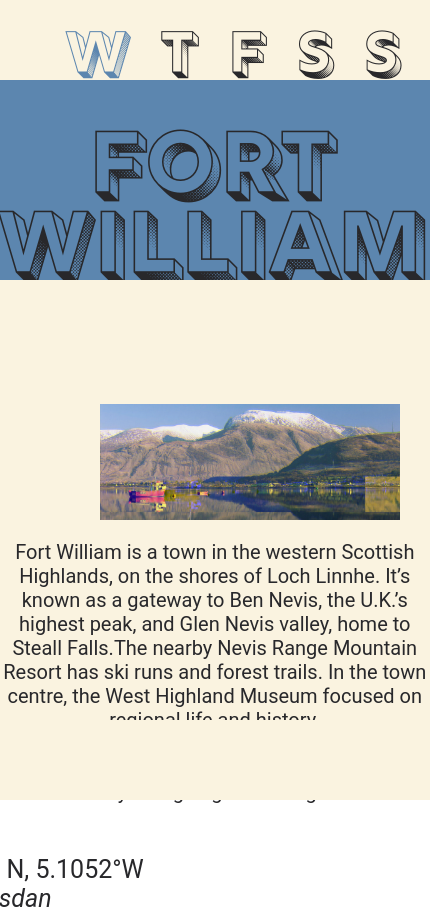
Repository: etak-yram/FINAL-CFG-WEB-DEV
Page: wednesday.html
These files come from the project's save history. The page is drawn as it stood at one moment and after the next save; the edit follows.
The browser window is 375 px wide. The page is 430 px wide, so the pictures cover 430 px, including what lies to the right of the window. The pictures show the whole page.

Above is the page before, as saved 2022-07-27 12:43:20.

### wednesday.html
<!DOCTYPE html>
<html lang="en">

<style>
    #menu-item-wed {
    color: #5c86af;
}

    #aside-color-w {
    background-color: #5c86af;
}

    #aside-text-wed {
        font-size: 6em;
    }

    #aside-text-wed {
        font-size: 6em;
    }
</style>

<head>
    <meta charset="UTF-8">
    <meta http-equiv="X-UA-Compatible" content="IE=edge">
    <meta name="viewport" content="width=device-width, initial-scale=1.0">
    <link rel="stylesheet" type="text/css" href="style-main.css"/>

    <title>WED</title>
</head>
<body>
        <aside id="aside-color-w">
            <div class="aside-text-h" id="aside-text-wed">
                <h1>Fort<br>William</h1>
            </div>
        </aside>

        <subtext>
            <p class="sub-text">56.8198° N, 5.1052°W<br><em>An Gearasdan</em></p>
        </subtext>

        <header>
            <ul class="navbar">
                <li><a href="/wednesday.html" id="menu-item-wed" class="menu-item">Wed</a></li>
                <li><a href="/thursday.html" id="menu-item-thu" class="menu-item">Thu</a></li>
                <li><a href="/friday.html" id="menu-item-fri" class="menu-item">Fri</a></li>
                <li><a href="/saturday.html" id="menu-item-sat" class="menu-item">Sat</a></li>
                <li><a href="/sunday.html" id="menu-item-sun" class="menu-item">Sun</a></li>
            </ul>
        </header>



        <mobile-header>
            <ul class="mobile-navbar">
                <li><a href="/wednesday.html" id="menu-item-wed" class="menu-item">W</a></li>
                <li><a href="/thursday.html" id="menu-item-thu" class="menu-item">T</a></li>
                <li><a href="/friday.html" id="menu-item-fri" class="menu-item">F</a></li>
                <li><a href="/saturday.html" id="menu-item-sat" class="menu-item">S</a></li>
                <li><a href="/sunday.html" id="menu-item-sun" class="menu-item">S</a></li>
            </ul>
        </mobile-header>



        <main-img>
            <div>
                <img class="home-image" src="/images/Fort William.png">
            </div>
        </main-img>

        <main><p>Fort William is a town in the western Scottish Highlands, on the shores of Loch Linnhe. It’s known as a gateway to Ben Nevis, the U.K.’s highest peak, and Glen Nevis valley, home to Steall Falls.The nearby Nevis Range Mountain Resort has ski runs and forest trails. In the town centre, the West Highland Museum focused on regional life and history.<br><br>
        We will travel through the stunning Glencoe on the way - It's going to be magical ♡</p></main>

        <footer></footer>

        <rightside></rightside>

</html>

### style-main.css
@font-face {
  font-family: halftone;
  src: url("/fonts/MyFontsWebfontsKit/webFonts/RigBoldHalftone/font.woff");
}
@import url('https://fonts.googleapis.com/css2?family=Roboto:wght@100&display=swap');
/* font-family: 'Roboto', sans-serif; */

body, html {
  height: 100vh;
}


body {
  margin: 0;
  display: grid;
  grid-template-columns: 21% 15% 20% 30% 21% ;
  grid-template-rows: 10% auto auto 10%;
  grid-template-areas:
    "sidebar subtext header header aside"
    "sidebar subtext main-img main-img aside"
    "sidebar subtext main main aside"
    "sidebar footer footer footer aside";
}


/* right sidebar */

rightside {
  grid-area: aside;
  background-color:#faf3e0;
}

/* sidebar */
aside {
  grid-area: sidebar;
}

.aside-text-h {
  transform: rotate(-90deg);
  transform-origin:bottom right;
  padding-top: 100px;
}

.aside-text-h h1 {
  font-family: halftone;
  color: #28282B;
  line-height: 130px;
}

/* subtext */

subtext {
  grid-area: subtext;
  background-color:#faf3e0;
}

.sub-text {
  font-family: 'Roboto', sans-serif;
  color:#28282B;
  font-size: 25px;
  transform: rotate(-90deg);
  transform-origin:bottom;
  padding-top: 550px;
  margin-left: -100px;
}


/* navbar */



header {
  grid-area: header;
  background-color:#faf3e0;
}


.navbar {
  display: flex;
  list-style: none;
  justify-content: center;
  justify-items: center;

}

.navbar a {
  font-family: halftone;
  text-decoration: none;
  color: #28282B;
  font-size: 4rem;
  padding: 20px;
}

#menu-item-wed:hover {
	color: #5c86af;
}
#menu-item-thu:hover {
	color: #ff914d;
}
#menu-item-fri:hover {
	color: #ffde59;
}
#menu-item-sat:hover {
	color: #03989e;
}
#menu-item-sun:hover {
	color: #b071c2;
}

/* main image  */

main-img {
  grid-area: main-img;
  background-color:#faf3e0;
  display: flex;
  align-items: center;
  padding-left: 100px;
  padding-top: 100px;
}

.home-image {
  width: 800px;
}


/* paragraph of info */
main {
  grid-area: main;
  background-color: #faf3e0;
  text-align: center;
}

main p {
  font-family: 'Roboto', sans-serif;
  color:#28282B;
  font-size: 20px;
}


/* footer */
footer {
  grid-area: footer;
  background-color:#faf3e0;
}





























/* Media Queries */

/* Extra small devices (phones, 600px and down) */
@media only screen and (max-width: 600px) {

  body {
    margin: 0;
    display: grid;
    grid-template-columns: 1fr;
    grid-template-rows: 10% 25% 10% 20% 25% 10%;
    grid-template-areas:
      "header"
      "sidebar"
      "subtext"
      "main-img"
      "main"
      "footer";
  }

  header {
    display: none;
    padding: none;
  }

  mobile-header {
    grid-area: header;
    background-color:#faf3e0;
  }


  .mobile-navbar {
    display: flex;
    list-style: none;
    justify-content: center;
    justify-items: center;

  }

  .mobile-navbar a {
    font-family: halftone;
    text-decoration: none;
    color: #28282B;
    font-size: 4rem;
    padding: 15px;

  }


/* sidebar */
aside {
  grid-area: sidebar;
  display: flex;
  justify-content: center;
  align-items: center;
  padding-bottom: 40px;
  text-align: center;
}


.aside-text-h h1 {
  font-family: halftone;
  color: #28282B;
  font-size: 1em;
  line-height: 80px;
}


.aside-text-h {
  transform: none;
  transform-origin: none;
}


/* subtext */

subtext {
  grid-area: subtext;
  background-color:#faf3e0;
}

.sub-text {
  font-family: 'Roboto', sans-serif;
  color:#28282B;
  font-size: 25px;
  transform: none;

}





/* main image  */

main-img {
  grid-area: main-img;
  background-color:#faf3e0;
  display: flex;
  align-items: center;
}

.home-image {
  width: 80vw;
}


/* paragraph of info */
main {
  grid-area: main;
  background-color: #faf3e0;
  text-align: center;
}

main p {
  font-family: 'Roboto', sans-serif;
  color:#28282B;
  font-size: 20px;
}


/* footer */
footer {
  grid-area: footer;
  background-color:#faf3e0;
}


  }

/* Small devices (portrait tablets and large phones, 600px and up) */
@media only screen and (min-width: 600px) {}
/* Medium devices (landscape tablets, 768px and up) */
@media only screen and (min-width: 768px) {}

/* Large devices (laptops/desktops, 992px and up) */
@media only screen and (min-width: 992px) {
  mobile-header {
    display: none;
  }
}

/* Extra large devices (large laptops and desktops, 1200px and up) */
@media only screen and (min-width: 1200px) {
  mobile-header {
    display: none;
  }
}

After the next save:
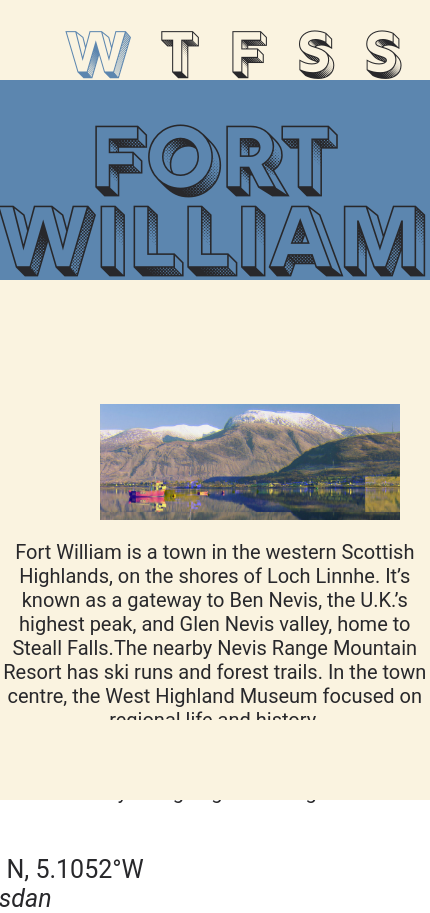
Saved 5 s later.
--- a/style-main.css
+++ b/style-main.css
@@ -225,7 +225,7 @@ aside {
   display: flex;
   justify-content: center;
   align-items: center;
-  padding-bottom: 40px;
+  padding-bottom: 50px;
   text-align: center;
 }
 
